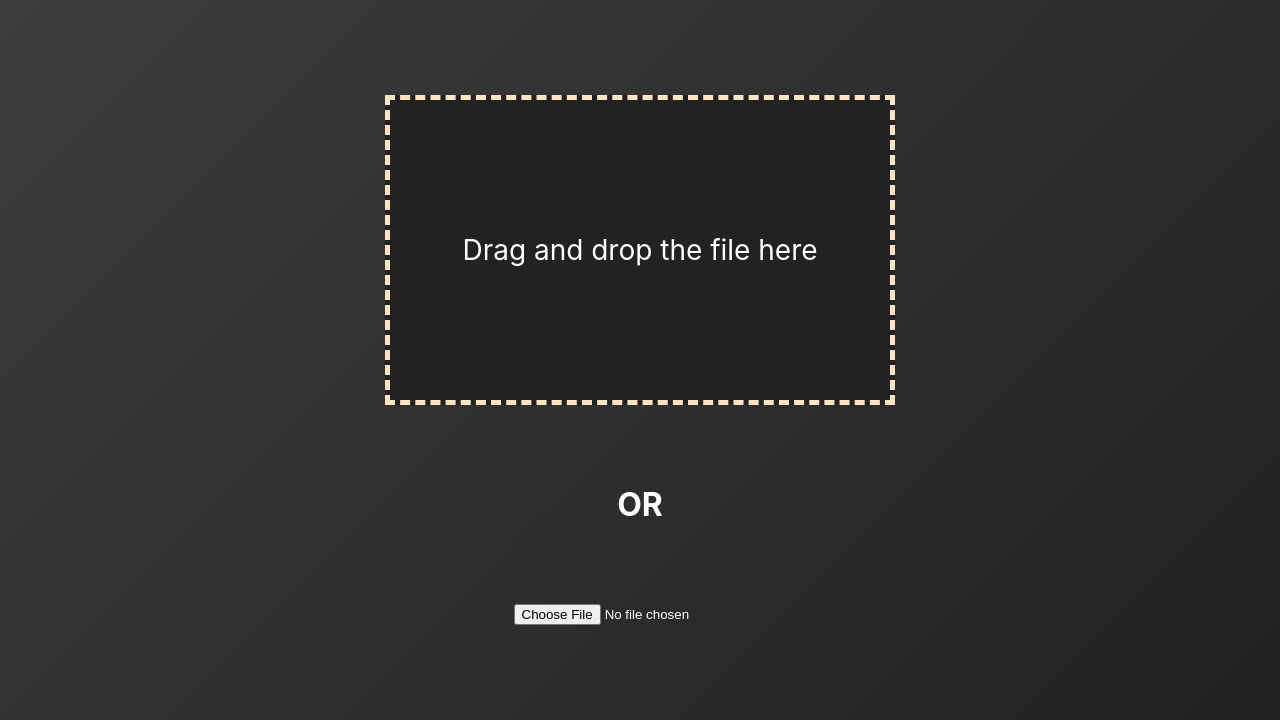
Repository: RXBVK/rt-map
Page: /
These files come from the project's save history. The page is drawn as it stood at one moment and after the next save; the edit follows.
The browser window is 1280 px wide. The pictures show the whole page.
The project was rebuilt for these pictures with package versions that can differ from the ones it lists, and the page was loaded fresh each time. Also part of the build but not shown: src/components/ColumnsPicker/ColumnsPicker.js, src/components/Map/Map.js.

Above is the page before, as saved 2021-07-21 19:07:34.

### src/styles/index.css
* {
  margin: 0;
}
body {
  font-family: -apple-system, BlinkMacSystemFont, "Roboto", sans-serif;
  -webkit-font-smoothing: antialiased;
  -moz-osx-font-smoothing: grayscale;
  color: white;
}

::selection {
  background-color: bisque;
  color: black;
}

code {
  font-family: source-code-pro, Menlo, Monaco, Consolas, "Courier New",
    monospace;
}

### src/App.js
import React, { useState } from "react";
import CsvUploader from "./components/CsvUploader/CsvUploader";
import ColumnsPicker from "./components/ColumnsPicker/ColumnsPicker";
import Map from "./components/Map/Map";
import "./styles/app.css";

function App() {
  const [uploadedRows, setUploadedRows] = useState([]);
  const [dataFromRows, setDataFromRows] = useState([]);

  if (dataFromRows.length > 0) {
    return (
      <div className="main__container">
        <Map dataFromRows={dataFromRows} />
      </div>
    );
  }

  if (uploadedRows.length > 0) {
    return (
      <div className="main__container">
        <ColumnsPicker
          uploadedRows={uploadedRows}
          setDataFromRows={setDataFromRows}
        />
      </div>
    );
  }

  return (
    <div className="main__container">
      <CsvUploader setUploadedRows={setUploadedRows} />
    </div>
  );
  // return (
  //   <div className="main__container">
  //     <Map dataFromRows={dataFromRows} />
  //   </div>
  // );
}

export default App;

### src/components/CsvUploader/CsvUploader.js
import React from "react";
import "./styles/csv-uploader.css";

export default function CsvUploader(props) {
  const handleFileUpload = (e) => {
    let file = e.target.files[0];
    let reader = new FileReader();
    reader.addEventListener("load", () => {
      const lineEnd = `${String.fromCharCode(13)}${String.fromCharCode(10)}`;
      const separator = ",";
      let result = reader.result;
      let rows = result.split(lineEnd);
      let splittedRows = rows.map((row) => row.split(separator));
      console.log(rows);
      console.log(splittedRows);
      props.setUploadedRows(splittedRows);
    });
    reader.readAsText(file);
  };

  return (
    <div className="csv-uploader__container">
      <div className="csv-uploader__dropzone">Drag and drop the file here</div>
      <h1>OR</h1>
      {/* <label for="csv-uploader__input" className="csv-uploader__label">
        Upload from desktop
      </label>
      <input type="file" id="csv-uploader__input" /> */}
      <input type="file" accept=".csv" onChange={(e) => handleFileUpload(e)} />
    </div>
  );
}

### src/styles/app.css
.main__container {
  min-height: 100vh;
  width: 100%;
  background: linear-gradient(135deg, #3d3d3d, #212121);
  display: -webkit-box;
  display: -ms-flexbox;
  display: flex;
  -webkit-box-orient: vertical;
  -webkit-box-direction: normal;
      -ms-flex-direction: column;
          flex-direction: column;
  -webkit-box-align: center;
      -ms-flex-align: center;
          align-items: center;
  text-align: center;
  -webkit-box-pack: center;
      -ms-flex-pack: center;
          justify-content: center;
}

.main__container > * {
  -webkit-animation: fadein 800ms;
          animation: fadein 800ms;
}

.button--primary {
  cursor: pointer;
  width: 200px;
  height: 45px;
  background-color: bisque;
  color: black;
  border-radius: 8px;
  font-weight: 700;
  font-size: 16px;
  -webkit-transition: all 200ms ease-out;
  transition: all 200ms ease-out;
}

.button--primary:hover {
  -webkit-filter: brightness(0.8);
          filter: brightness(0.8);
}

@-webkit-keyframes fadein {
  0% {
    opacity: 0;
  }
  100% {
    opacity: 1;
  }
}

@keyframes fadein {
  0% {
    opacity: 0;
  }
  100% {
    opacity: 1;
  }
}
/*# sourceMappingURL=app.css.map */

### src/components/CsvUploader/styles/csv-uploader.css
.csv-uploader__container {
  display: -webkit-box;
  display: -ms-flexbox;
  display: flex;
  -webkit-box-orient: vertical;
  -webkit-box-direction: normal;
      -ms-flex-direction: column;
          flex-direction: column;
  -webkit-box-align: center;
      -ms-flex-align: center;
          align-items: center;
  -webkit-box-pack: center;
      -ms-flex-pack: center;
          justify-content: center;
}

.csv-uploader__container > * {
  margin: 40px 0;
}

.csv-uploader__container .csv-uploader__dropzone {
  cursor: pointer;
  -webkit-box-align: center;
      -ms-flex-align: center;
          align-items: center;
  -webkit-box-pack: center;
      -ms-flex-pack: center;
          justify-content: center;
  width: 500px;
  height: 300px;
  border: 5px dashed bisque;
  font-size: 28px;
  background-color: #222222;
}

.csv-uploader__container .csv-uploader__label {
  display: -webkit-box;
  display: -ms-flexbox;
  display: flex;
  -webkit-box-align: center;
      -ms-flex-align: center;
          align-items: center;
  -webkit-box-pack: center;
      -ms-flex-pack: center;
          justify-content: center;
  margin-left: auto;
  margin-right: auto;
}

.csv-uploader__container #csv-uploader__input {
  opacity: 0;
  position: absolute;
}

@media (max-width: 600px) {
  .csv-uploader__or,
  .csv-uploader__dropzone {
    display: none;
  }
}

@media (min-width: 601px) {
  .csv-uploader__or {
    display: block;
  }
  .csv-uploader__dropzone {
    display: -webkit-box;
    display: -ms-flexbox;
    display: flex;
  }
}
/*# sourceMappingURL=csv-uploader.css.map */

Loaded but not shown: public/index.html (common file); src/index.js (common file); src/reportWebVitals.js (common file)

After the next save:
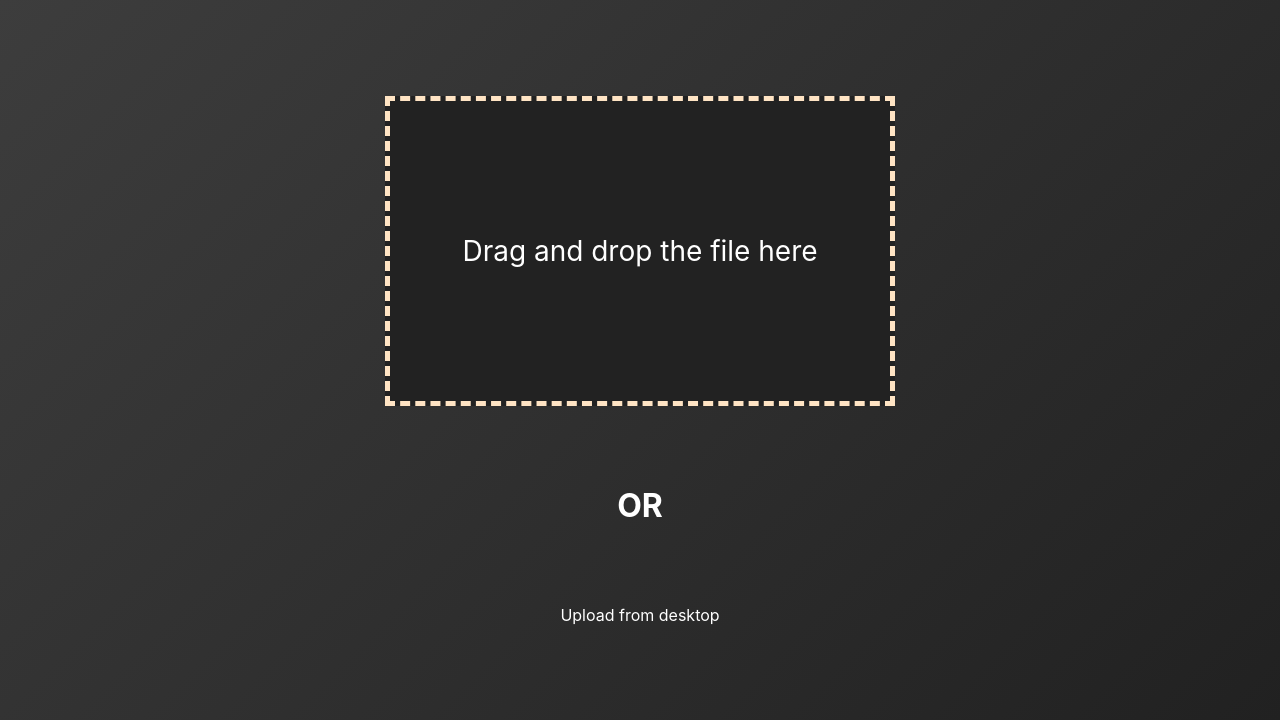
Saved 92 s later.
--- a/src/components/CsvUploader/CsvUploader.js
+++ b/src/components/CsvUploader/CsvUploader.js
@@ -22,11 +22,16 @@ export default function CsvUploader(props) {
     <div className="csv-uploader__container">
       <div className="csv-uploader__dropzone">Drag and drop the file here</div>
       <h1>OR</h1>
-      {/* <label for="csv-uploader__input" className="csv-uploader__label">
+      <label for="csv-uploader__input" className="csv-uploader__label">
         Upload from desktop
       </label>
-      <input type="file" id="csv-uploader__input" /> */}
-      <input type="file" accept=".csv" onChange={(e) => handleFileUpload(e)} />
+      <input
+        type="file"
+        id="csv-uploader__input"
+        accept=".csv"
+        onChange={(e) => handleFileUpload(e)}
+      />
+      {/* <input type="file" accept=".csv" onChange={(e) => handleFileUpload(e)} /> */}
     </div>
   );
 }
